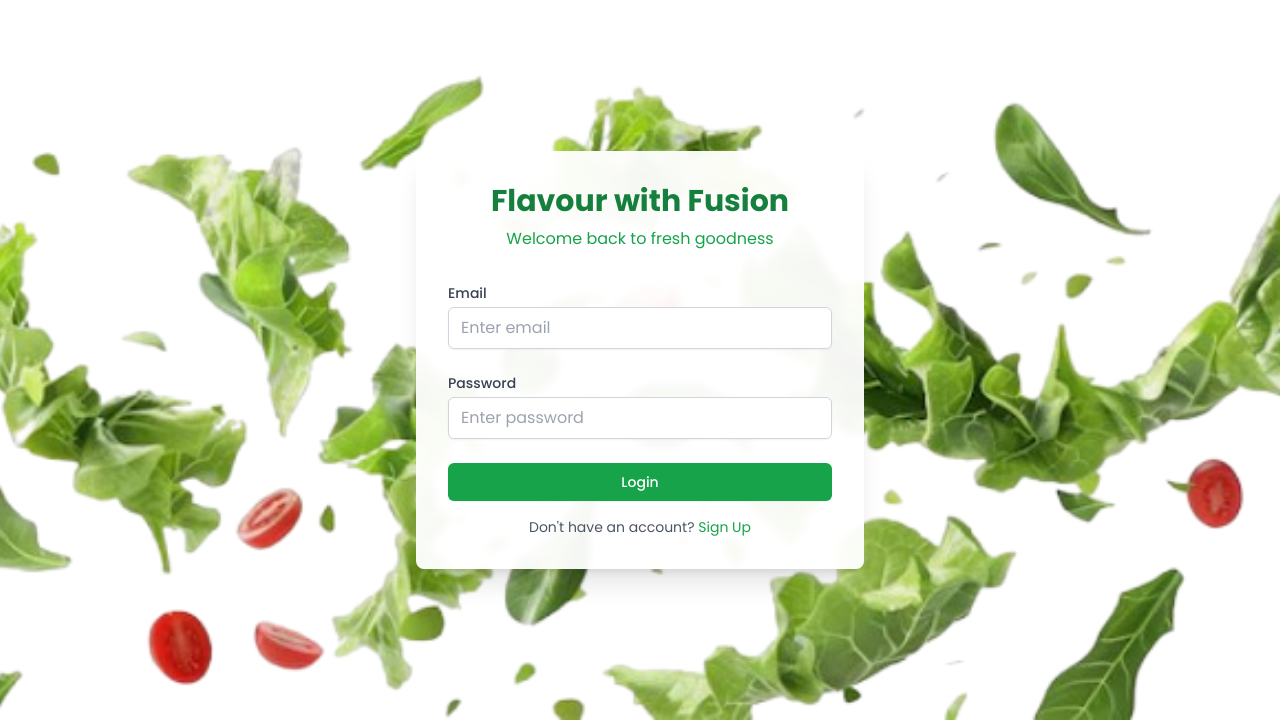
Repository: sujal011/Test-build
Page: /auth/login
These files come from the project's save history. The page is drawn as it stood at one moment and after a run of saves; the edit follows.
The browser window is 1280 px wide. The pictures show the whole page.
The project was rebuilt for these pictures with package versions that can differ from the ones it lists, and the page was loaded fresh each time. The framework's server and built-in components were replaced by stand-ins that run in the browser. Also part of the build but not shown: next.config.ts.

Above is the page before, as saved 2025-01-02 20:10:17.

### app/layout.tsx
import type { Metadata } from 'next'
import { Poppins } from 'next/font/google'
import { AuthProvider } from './contexts/AuthContext'
import Navbar from './components/Navbar'
import './globals.css'

const poppins = Poppins({
  subsets: ['latin'],
  weight: ['400', '500', '600', '700']
})

export const metadata: Metadata = {
  title: 'Flavour with Fusion',
  description: 'Your personal recipe and meal planning assistant',
}

export default function RootLayout({
  children,
}: {
  children: React.ReactNode
}) {
  return (
    <html lang="en">
      <body className={poppins.className}>
        <AuthProvider>
          {children}
        </AuthProvider>
      </body>
    </html>
  )
}

### app/auth/login/page.tsx
'use client'

import { useState, useEffect } from 'react'
import Link from 'next/link'
import { useRouter } from 'next/navigation'
import { useAuth } from '../../contexts/AuthContext'

export default function LoginPage() {
  const router = useRouter()
  const { user, login } = useAuth()
  const [error, setError] = useState<string>('')
  const [loading, setLoading] = useState(false)

  useEffect(() => {
    if (user) {
      router.push('/')
    }
  }, [user, router])

  async function handleSubmit(event: React.FormEvent<HTMLFormElement>) {
    event.preventDefault()
    setError('')
    setLoading(true)

    const formData = new FormData(event.currentTarget)
    const email = formData.get('email') as string
    const password = formData.get('password') as string

    try {
      const response = await fetch('/api/auth/login', {
        method: 'POST',
        headers: { 'Content-Type': 'application/json' },
        body: JSON.stringify({ email, password }),
      })

      if (!response.ok) {
        throw new Error('Login failed')
      }

      login(email)
      router.push('/')
    } catch (err) {
      setError('Invalid email or password')
    } finally {
      setLoading(false)
    }
  }

  if (user) {
    return null // or a loading spinner
  }

  return (
    <div className="min-h-screen flex items-center justify-center bg-vegetables">
      <div className="w-full max-w-md p-8 bg-white/95 backdrop-blur-sm rounded-lg shadow-xl">
        <div className="text-center mb-8">
          <h1 className="text-3xl font-bold text-green-700">Flavour with Fusion</h1>
          <p className="text-green-600 mt-2">Welcome back to fresh goodness</p>
        </div>

        <form onSubmit={handleSubmit} className="space-y-6">
          <div>
            <label htmlFor="email" className="block text-sm font-medium text-gray-700">
              Email
            </label>
            <input
              id="email"
              name="email"
              type="email"
              required
              className="mt-1 block w-full px-3 py-2 border border-gray-300 rounded-md shadow-sm focus:outline-none focus:ring-green-500 focus:border-green-500"
              placeholder="Enter email"
            />
          </div>

          <div>
            <label htmlFor="password" className="block text-sm font-medium text-gray-700">
              Password
            </label>
            <input
              id="password"
              name="password"
              type="password"
              required
              className="mt-1 block w-full px-3 py-2 border border-gray-300 rounded-md shadow-sm focus:outline-none focus:ring-green-500 focus:border-green-500"
              placeholder="Enter password"
            />
          </div>

          {error && (
            <div className="text-red-500 text-sm text-center">{error}</div>
          )}

          <button
            type="submit"
            disabled={loading}
            className="w-full flex justify-center py-2 px-4 border border-transparent rounded-md shadow-sm text-sm font-medium text-white bg-green-600 hover:bg-green-700 focus:outline-none focus:ring-2 focus:ring-offset-2 focus:ring-green-500 disabled:opacity-50"
          >
            {loading ? 'Logging in...' : 'Login'}
          </button>
        </form>

        <p className="mt-4 text-center text-sm text-gray-600">
          {"Don't have an account? "}
          <Link href="/auth/signup" className="text-green-600 hover:text-green-500">
            Sign Up
          </Link>
        </p>
      </div>
    </div>
  )
}

### app/contexts/AuthContext.tsx
'use client'

import React, { createContext, useContext, useState, useEffect } from 'react'

type User = {
  email: string
} | null

type AuthContextType = {
  user: User
  login: (email: string) => void
  logout: () => void
}

const AuthContext = createContext<AuthContextType | undefined>(undefined)

export function AuthProvider({ children }: { children: React.ReactNode }) {
  const [user, setUser] = useState<User>(null)

  useEffect(() => {
    // Check if user is logged in (e.g., by checking localStorage or a token)
    const storedUser = localStorage.getItem('user')
    if (storedUser) {
      setUser(JSON.parse(storedUser))
    }
  }, [])

  const login = (email: string) => {
    const newUser = { email }
    setUser(newUser)
    localStorage.setItem('user', JSON.stringify(newUser))
  }

  const logout = () => {
    setUser(null)
    localStorage.removeItem('user')
  }

  return (
    <AuthContext.Provider value={{ user, login, logout }}>
      {children}
    </AuthContext.Provider>
  )
}

export function useAuth() {
  const context = useContext(AuthContext)
  if (context === undefined) {
    throw new Error('useAuth must be used within an AuthProvider')
  }
  return context
}

### app/globals.css
@tailwind base;
@tailwind components;
@tailwind utilities;

:root {
  --foreground-rgb: 0, 0, 0;
  --background-start-rgb: 255, 255, 255;
  --background-end-rgb: 255, 255, 255;
}

@media (prefers-color-scheme: light) {
  :root {
    --foreground-rgb: 0, 0, 0;
    --background-start-rgb: 0, 0, 0;
    --background-end-rgb: 0, 0, 0;
  }
}

.bg-vegetables {
  background-image: url('/vegetables-bg.png');
  background-size: cover;
  background-position: center;

}

.bg-cooking {
  background-image: url('/cooking-bg.jpg');
  background-size: cover;
  background-position: center;
}

@layer base {
  :root {
    --background: 0 0% 100%;
    --foreground: 0 0% 3.9%;
    --card: 0 0% 100%;
    --card-foreground: 0 0% 3.9%;
    --popover: 0 0% 100%;
    --popover-foreground: 0 0% 3.9%;
    --primary: 0 0% 9%;
    --primary-foreground: 0 0% 98%;
    --secondary: 0 0% 96.1%;
    --secondary-foreground: 0 0% 9%;
    --muted: 0 0% 96.1%;
    --muted-foreground: 0 0% 45.1%;
    --accent: 0 0% 96.1%;
    --accent-foreground: 0 0% 9%;
    --destructive: 0 84.2% 60.2%;
    --destructive-foreground: 0 0% 98%;
    --border: 0 0% 89.8%;
    --input: 0 0% 89.8%;
    --ring: 0 0% 3.9%;
    --chart-1: 12 76% 61%;
    --chart-2: 173 58% 39%;
    --chart-3: 197 37% 24%;
    --chart-4: 43 74% 66%;
    --chart-5: 27 87% 67%;
    --radius: 0.5rem;
  }
  .dark {
    --background: 0 0% 3.9%;
    --foreground: 0 0% 98%;
    --card: 0 0% 3.9%;
    --card-foreground: 0 0% 98%;
    --popover: 0 0% 3.9%;
    --popover-foreground: 0 0% 98%;
    --primary: 0 0% 98%;
    --primary-foreground: 0 0% 9%;
    --secondary: 0 0% 14.9%;
    --secondary-foreground: 0 0% 98%;
    --muted: 0 0% 14.9%;
    --muted-foreground: 0 0% 63.9%;
    --accent: 0 0% 14.9%;
    --accent-foreground: 0 0% 98%;
    --destructive: 0 62.8% 30.6%;
    --destructive-foreground: 0 0% 98%;
    --border: 0 0% 14.9%;
    --input: 0 0% 14.9%;
    --ring: 0 0% 83.1%;
    --chart-1: 220 70% 50%;
    --chart-2: 160 60% 45%;
    --chart-3: 30 80% 55%;
    --chart-4: 280 65% 60%;
    --chart-5: 340 75% 55%;
  }
}

@layer base {
  * {
    @apply border-border;
  }
  body {
    @apply bg-background text-foreground;
  }
}

Loaded but not shown: tailwind.config.ts (common file)

After the next 2 saves:
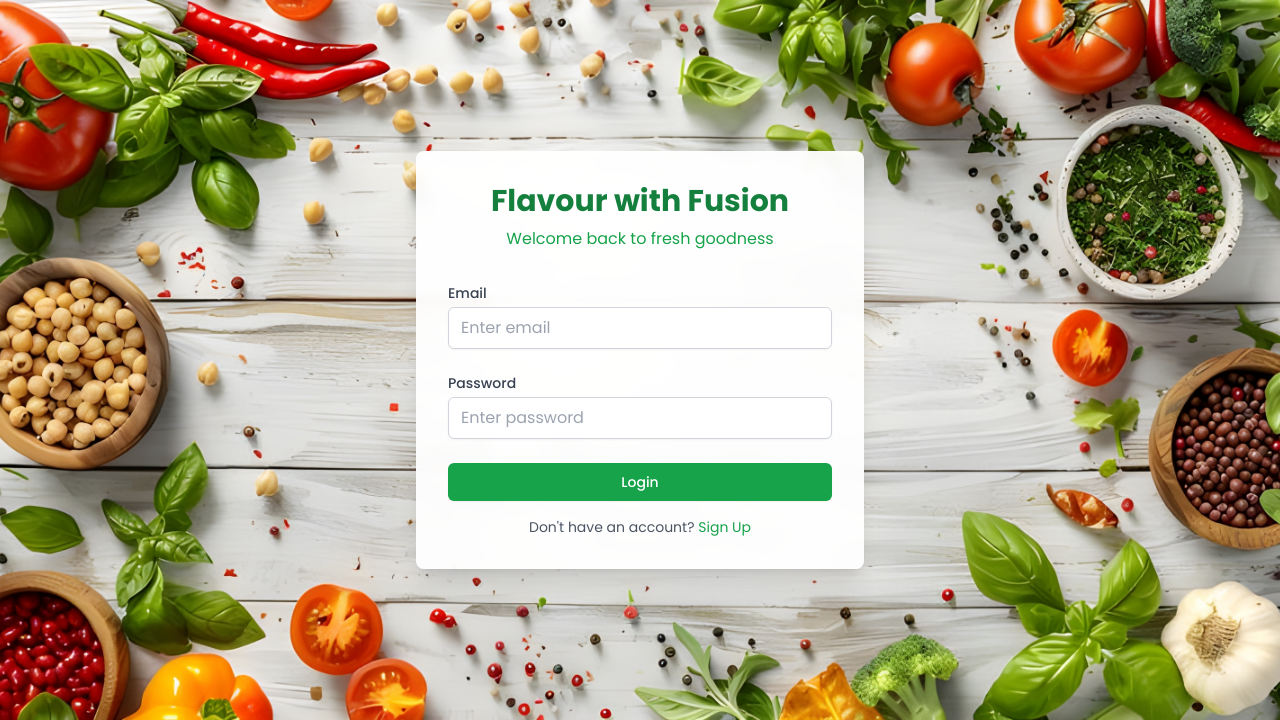
The 2 saves are shown as one change because they came seconds apart.
The last was saved 9 s later.
--- a/app/globals.css
+++ b/app/globals.css
@@ -17,7 +17,7 @@
 }
 
 .bg-vegetables {
-  background-image: url('/vegetables-bg.png');
+  background-image: url('/bg.jpeg');
   background-size: cover;
   background-position: center;
 

After the save that followed:
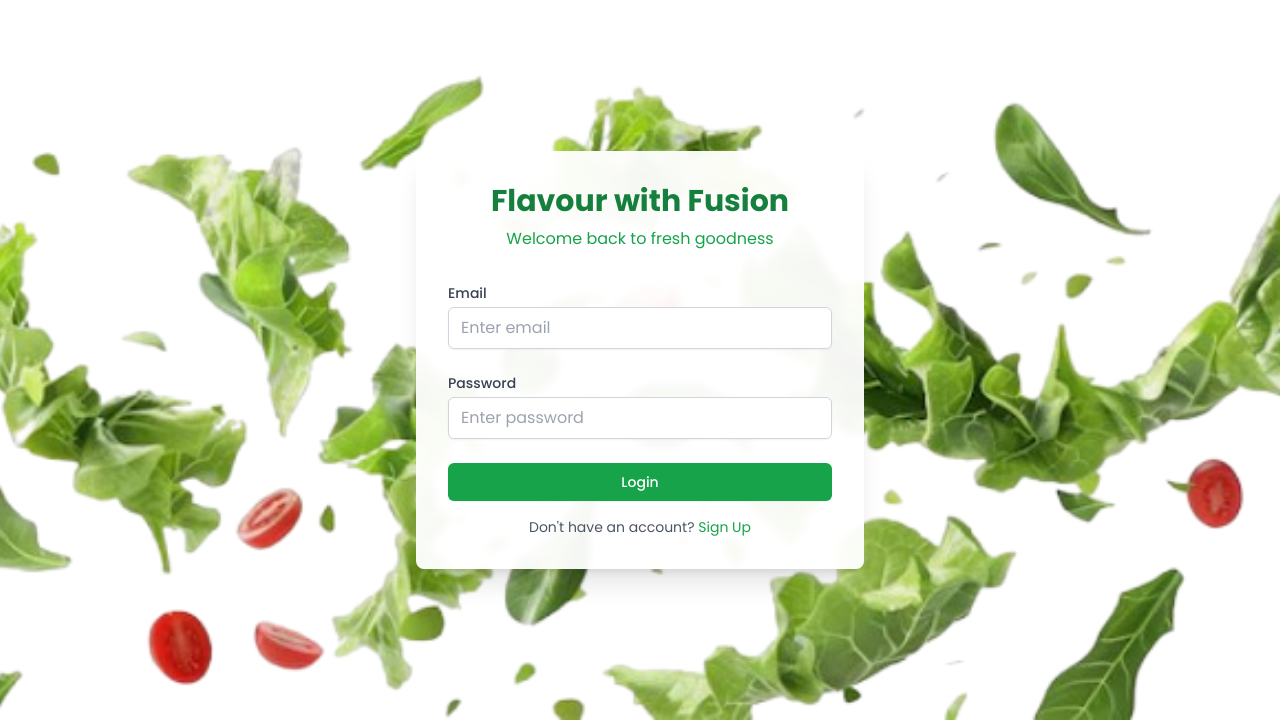
Saved 78 s later.
--- a/app/globals.css
+++ b/app/globals.css
@@ -17,7 +17,7 @@
 }
 
 .bg-vegetables {
-  background-image: url('/bg.jpeg');
+  background-image: url('/vegetables-bg.png');
   background-size: cover;
   background-position: center;
 
